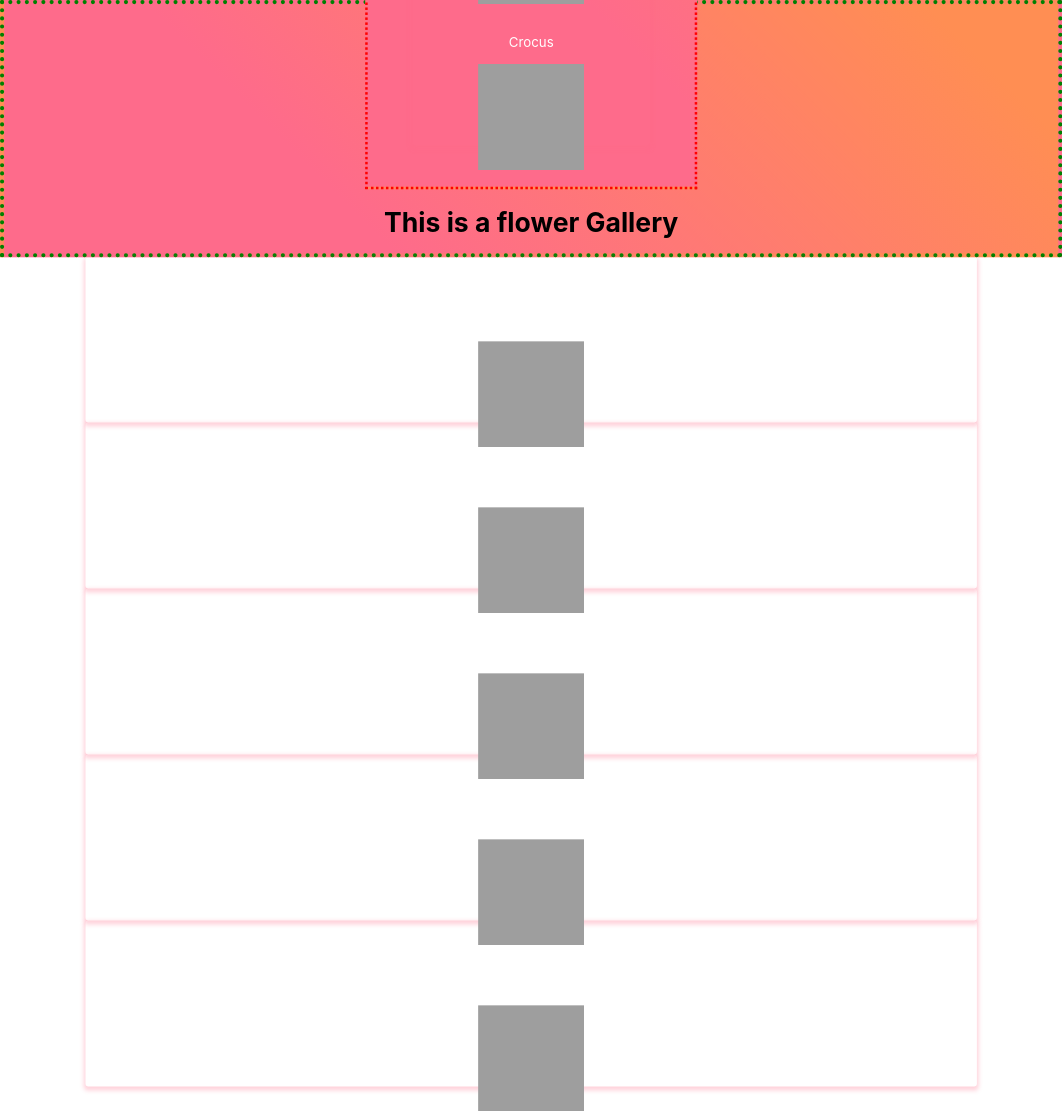
Repository: DevLuDaley/react-flower-shop
Page: /
An editor plug-in stored every save of this project. The page is shown before and after the next save, followed by the edit.
The browser window is 1280 px wide. The pictures show the whole page, at 83% of full size.
Pictures or frames that could not be fetched are drawn as grey boxes. The project was rebuilt for these pictures with package versions that can differ from the ones it lists, and the page was loaded fresh each time.

Above is the page before, as saved 2021-02-19 22:13:45.

After the next save:
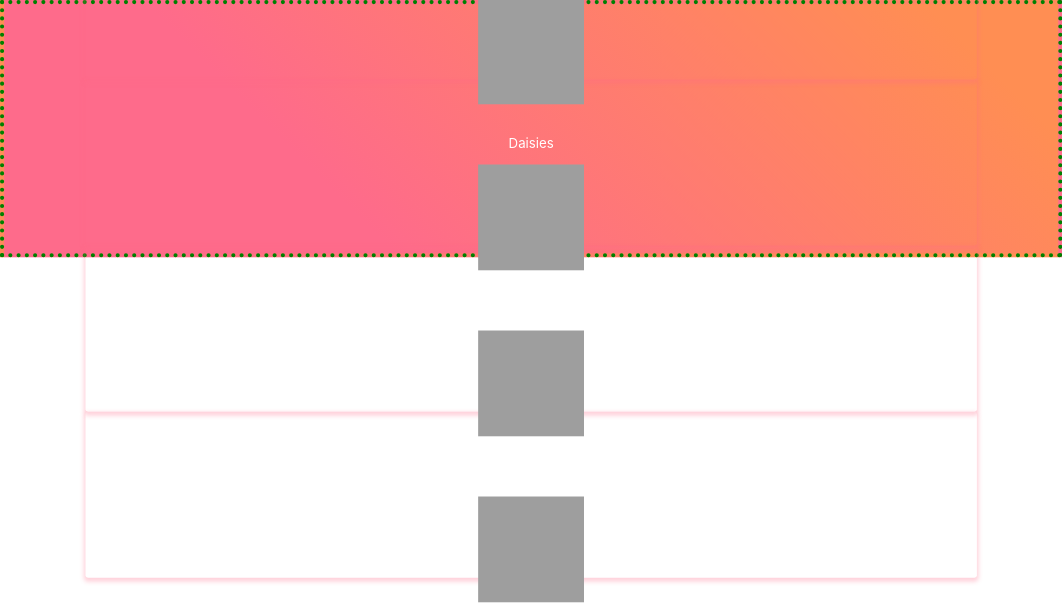
Saved 11 s later.
--- a/src/App.js
+++ b/src/App.js
@@ -27,7 +27,7 @@ function App() {
   return (
     <Grid className={classes.root}>
       <Container>
-      <FlowersContainer/>
+      {/* <FlowersContainer/> */}
         <FlowerGallery/>
       </Container>
     </Grid>
